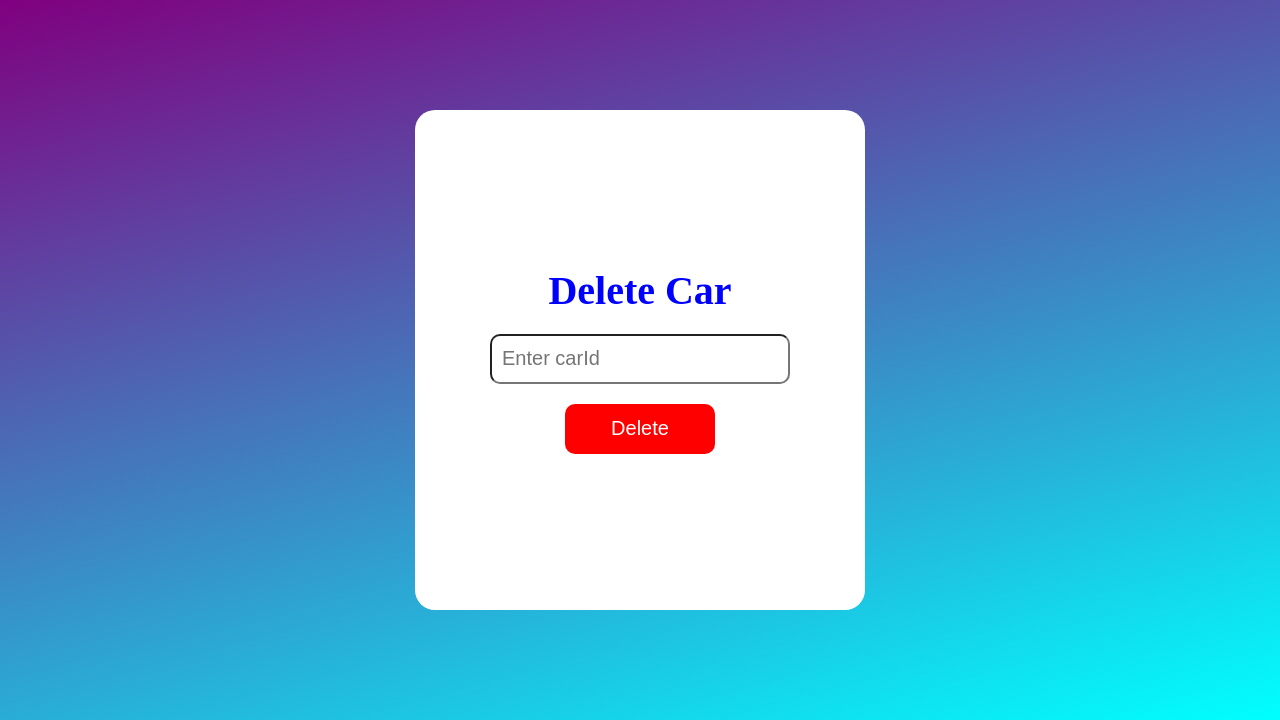
Repository: Dhirajkumar02/Advance-Java--J2EE-
Page: ServletProjecct_CarDB/src/main/webapp/DeleteCar.html
These files come from the project's save history. The page is drawn as it stood at one moment and after the next save; the edit follows.
The browser window is 1280 px wide. The pictures show the whole page.

Above is the page before, as saved 2024-11-14 19:35:54.

### ServletProjecct_CarDB/src/main/webapp/DeleteCar.html
<!DOCTYPE html>
<html>
<head>
<meta charset="UTF-8">
<title>Insert title here</title>

<style>
*{
box-sizing: border-box;
margin: 0;
padding: 0;
}
body{
height: 100vh;
display: flex;
justify-content: center;
align-items: center;
background: linear-gradient(165deg, purple, aqua);
}
form {
/*   border: 2px solid black; */
  background: #fff;
  height: 500px;
  width: 450px;
  display: flex;
  justify-content: center;
  align-items: center;
  flex-direction: column;
  gap: 20px;
  border-radius: 20px;
}

h1 {
  font-size: 40px;
  color: blue;
}
input {
  height: 50px;
  width: 300px;
  padding-left: 10px;
  font-size: 20px;
  border-radius: 10px;
}
#delete_btn {
  height: 50px;
  width: 150px;
  background-color: red;
  color: #fff;
  border: none;
  font-size: 20px;
  border-radius: 10px;
  cursor: pointer;
}
</style>
</head>
<body>

<form action="delete-car">
<div>
<h1>Delete Car</h1>
</div>

<div>
<input type="number" placeholder="Enter carId" name="carId" >
</div>

<div>
<button type="submit" id="delete_btn" value="Delete">Delete</button>
</div>

</form>
</body>
</html>

After the next save:
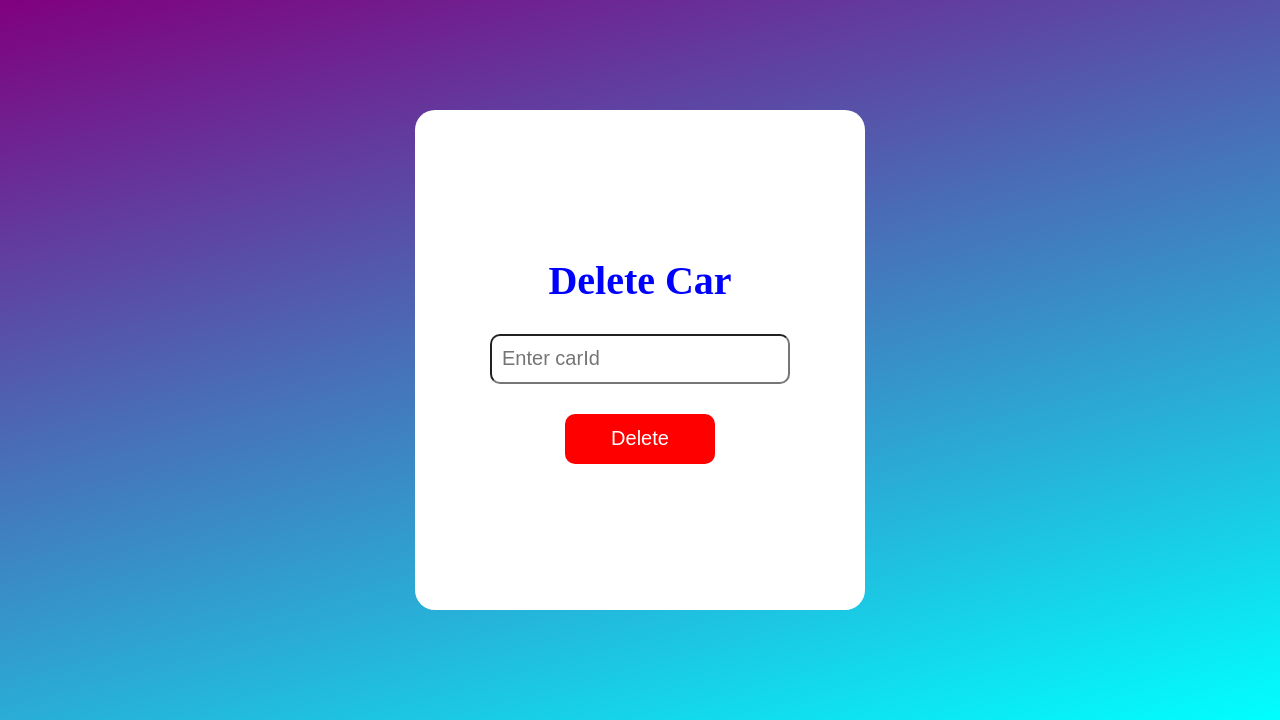
Saved 34 s later.
--- a/ServletProjecct_CarDB/src/main/webapp/DeleteCar.html
+++ b/ServletProjecct_CarDB/src/main/webapp/DeleteCar.html
@@ -26,7 +26,7 @@ form {
   justify-content: center;
   align-items: center;
   flex-direction: column;
-  gap: 20px;
+  gap: 30px;
   border-radius: 20px;
 }
 
